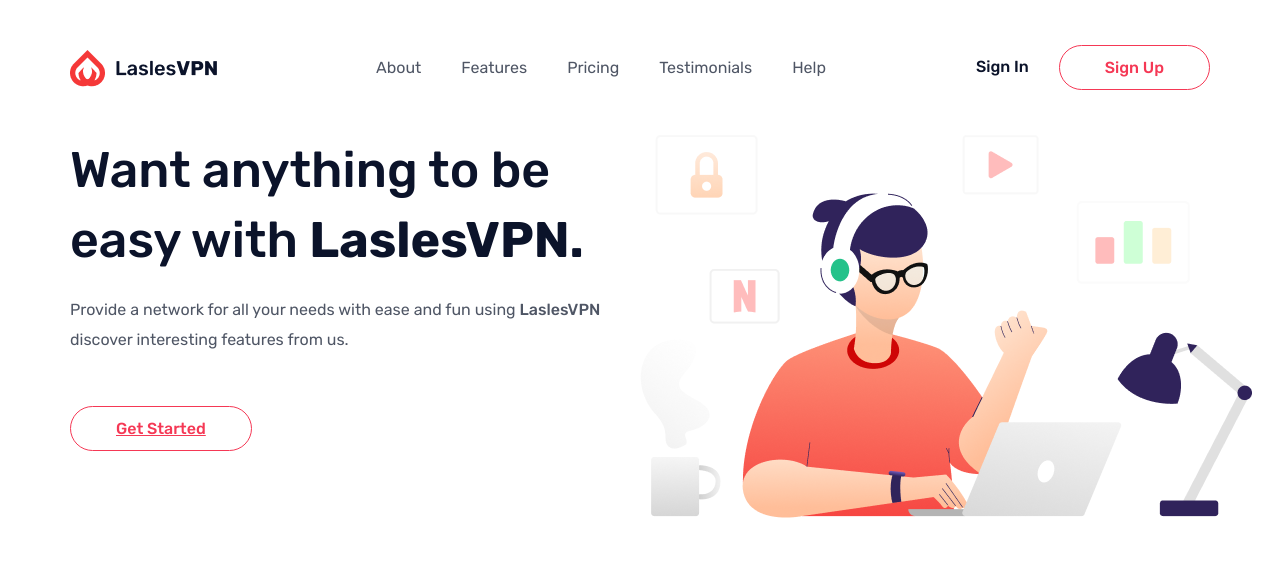
Repository: nafiesallahu/beetroot-fe-g1
Page: Homework10/index.html
An editor plug-in stored every save of this project. The page is shown before and after the next save, followed by the edit.
The browser window is 1280 px wide. The pictures show the whole page.

Above is the page before, as saved 2021-01-27 19:28:20.

After the next save:
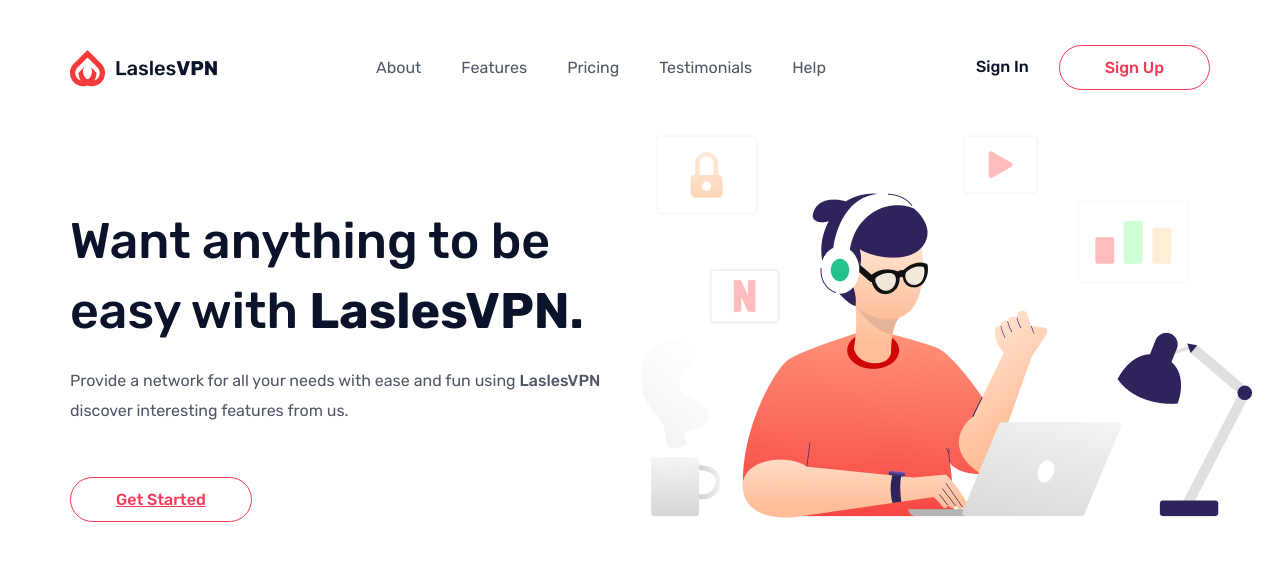
Saved 40 s later.
--- a/Homework10/styles/style.css
+++ b/Homework10/styles/style.css
@@ -119,6 +119,7 @@
 .hero__text {
   float: left;
   width:50%;
+  padding-top:71px;
 }
 .hero__image {
   float: left;
